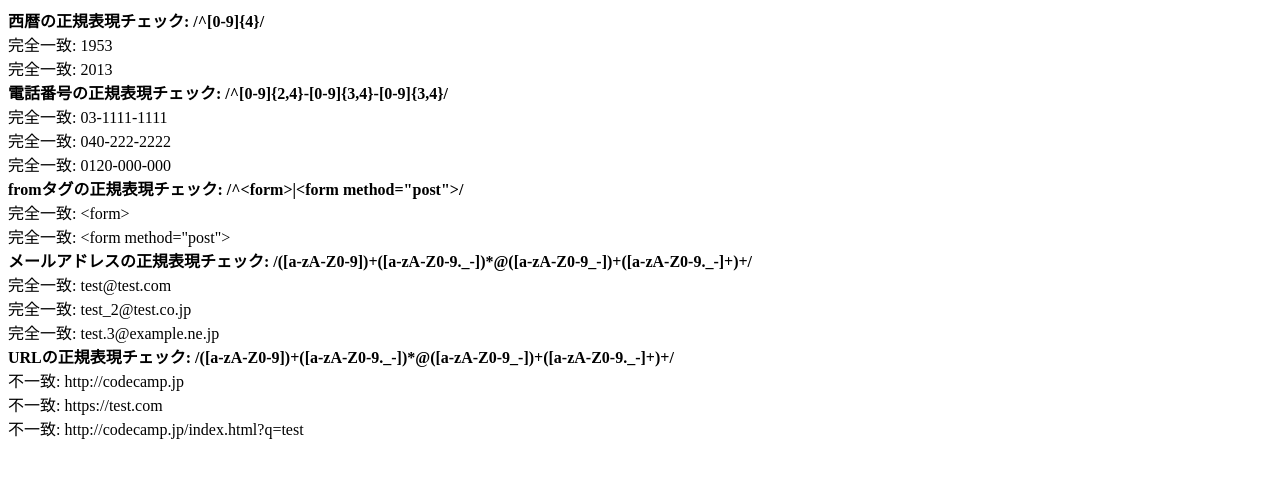
Repository: kawahito05-work/dc_work_nakano_kawahito_php
Page: http://localhost/htdocs/php17/challenge_preg_match.php
The author's editor kept a record of every edit. The page is drawn from the files as they stood at one moment, then again after the next edit.
The browser window is 1280 px wide. The pictures show the whole page.
The page is run by PHP 8.4 with error messages shown; the project is at /var/www/html/.

Above is the page before.

### htdocs/php17/challenge_preg_match.php
<?php
// 西暦
$regexp_year   = '/^[0-9]{4}/'; // 西暦の正規表現を入力
$check_year[0] = '1953';
$check_year[1] = '2013';
// 電話番号
$regexp_phone_number   = '/^[0-9]{2,4}-[0-9]{3,4}-[0-9]{3,4}/'; // 電話番号の正規表現を入力
$check_phone_number[0] = '03-1111-1111';
$check_phone_number[1] = '040-222-2222';
$check_phone_number[2] = '0120-000-000';
// formタグ
$regexp_form   = '/^<form>|<form method="post">/'; // formの正規表現を入力
$check_form[0] = '<form>';
$check_form[1] = '<form method="post">';
// メールアドレス
$regexp_mail   = '/([a-zA-Z0-9])+([a-zA-Z0-9._-])*@([a-zA-Z0-9_-])+([a-zA-Z0-9._-]+)+/'; // メールアドレスの正規表現を入力
$check_mail[0] = 'test@test.com';
$check_mail[1] = 'test_2@test.co.jp';
$check_mail[2] = 'test.3@example.ne.jp';
// URL
$regexp_url   = '/([a-zA-Z0-9])+([a-zA-Z0-9._-])*@([a-zA-Z0-9_-])+([a-zA-Z0-9._-]+)+/'; // URLの正規表現を入力
$check_url[0] = 'http://codecamp.jp';
$check_url[1] = 'https://test.com';
$check_url[2] = 'http://codecamp.jp/index.html?q=test';
////////////////////////////////////////////////////////
// これ以降の処理はソースコード変更を行わないようにしてください。
////////////////////////////////////////////////////////
$reslut_check_phone_number = check_regexp($regexp_phone_number, $check_phone_number);
$reslut_check_form      = check_regexp($regexp_form, $check_form);
$reslut_check_mail      = check_regexp($regexp_mail, $check_mail);
$reslut_check_year      = check_regexp($regexp_year, $check_year);
$reslut_check_url       = check_regexp($regexp_url, $check_url);
function check_regexp($regexp, $str_data) {
   $msg = [];
   foreach ($str_data as $value) {
       if (preg_match($regexp, $value, $macthes) === 1) {
           if ($value === $macthes[0]) {
               $msg[] =  '完全一致: ' . $value;
           } else {
               $msg[] =  '部分一致: ' . $value . ' 【一致した文字列: ' . $macthes[0] . '】';
           }
       } else {
           $msg[] = '不一致: ' . $value;
       }
   }
   return $msg;
}
?>
<!DOCTYPE html>
<html lang="ja">
<head>
   <meta charset="UTF-8">
   <title>正規表現課題</title>
   <style type="text/css">
       h1 {
           font-size: 16px;
       }
       h1, p {
           margin: 0px;
       }
   </style>
</head>
<body>
   <section>
       <h1>西暦の正規表現チェック: <?php print htmlspecialchars($regexp_year, ENT_QUOTES, 'UTF-8'); ?></h1>
<?php foreach ($reslut_check_year as $value) { ?>
       <p><?php print htmlspecialchars($value, ENT_QUOTES, 'UTF-8'); ?></p>
<?php } ?>
   </section>
   <section>
       <h1>電話番号の正規表現チェック: <?php print htmlspecialchars($regexp_phone_number, ENT_QUOTES, 'UTF-8'); ?></h1>
<?php foreach ($reslut_check_phone_number as $value) { ?>
       <p><?php print htmlspecialchars($value, ENT_QUOTES, 'UTF-8'); ?></p>
<?php } ?>
   </section>
   <section>
       <h1>fromタグの正規表現チェック: <?php print htmlspecialchars($regexp_form, ENT_QUOTES, 'UTF-8'); ?></h1>
<?php foreach ($reslut_check_form as $value) { ?>
       <p><?php print htmlspecialchars($value, ENT_QUOTES, 'UTF-8'); ?></p>
<?php } ?>
   </section>
   <section>
       <h1>メールアドレスの正規表現チェック: <?php print htmlspecialchars($regexp_mail, ENT_QUOTES, 'UTF-8'); ?></h1>
<?php foreach ($reslut_check_mail as $value) { ?>
       <p><?php print htmlspecialchars($value, ENT_QUOTES, 'UTF-8'); ?></p>
<?php } ?>
   </section>
   <section>
       <h1>URLの正規表現チェック: <?php print htmlspecialchars($regexp_url, ENT_QUOTES, 'UTF-8'); ?></h1>
<?php foreach ($reslut_check_url as $value) { ?>
       <p><?php print htmlspecialchars($value, ENT_QUOTES, 'UTF-8'); ?></p>
<?php } ?>
   </section>
</body>
</html>

After the next edit:
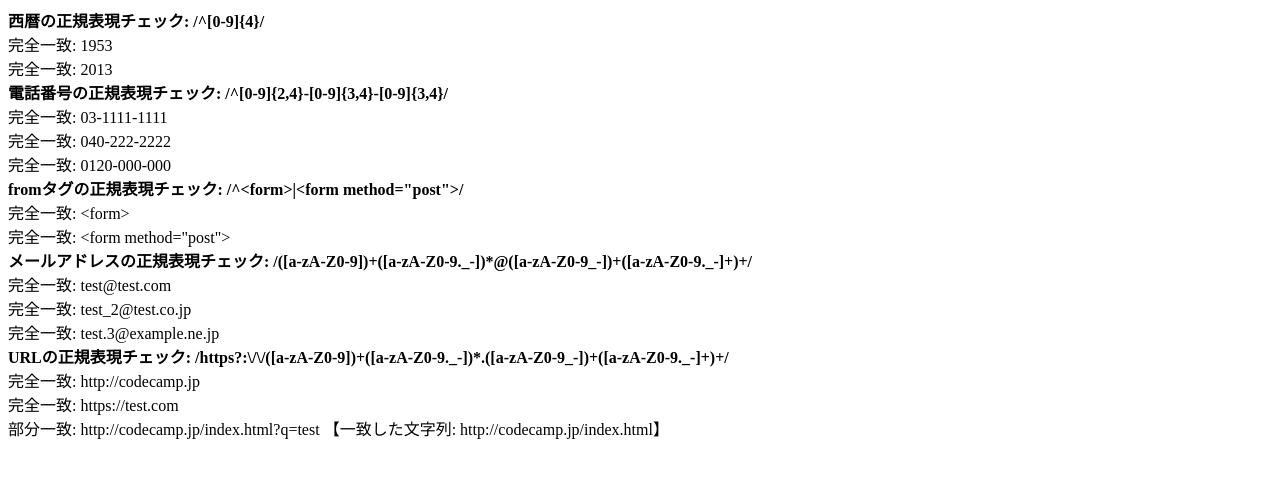
The edit:
--- a/htdocs/php17/challenge_preg_match.php
+++ b/htdocs/php17/challenge_preg_match.php
@@ -18,7 +18,8 @@
 $check_mail[1] = 'test_2@test.co.jp';
 $check_mail[2] = 'test.3@example.ne.jp';
 // URL
-$regexp_url   = '/([a-zA-Z0-9])+([a-zA-Z0-9._-])*@([a-zA-Z0-9_-])+([a-zA-Z0-9._-]+)+/'; // URLの正規表現を入力
+$regexp_url   = '/https?:\/\/([a-zA-Z0-9])+([a-zA-Z0-9._-])*.([a-zA-Z0-9_-])+([a-zA-Z0-9._-]+)+/'; // URLの正規表現を入力
+//$regexp_url   = '#http://([a-zA-Z0-9])+([a-zA-Z0-9._-])*.([a-zA-Z0-9_-])+([a-zA-Z0-9._-]+)+|https://([a-zA-Z0-9])+([a-zA-Z0-9._-])*.([a-zA-Z0-9_-])+([a-zA-Z0-9._-]+)+#'; // URLの正規表現を入力
 $check_url[0] = 'http://codecamp.jp';
 $check_url[1] = 'https://test.com';
 $check_url[2] = 'http://codecamp.jp/index.html?q=test';
